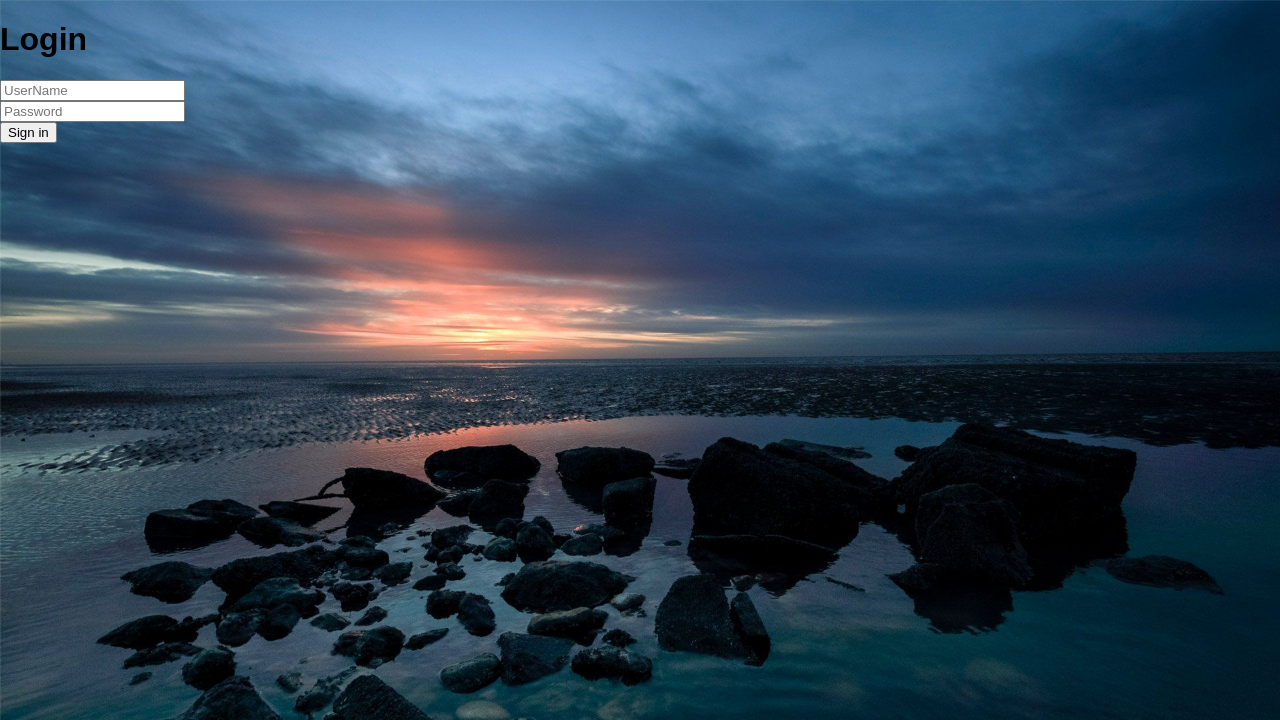
Repository: Berilinanir/Login-Logout-System
Page: Loginn/WebContent/login.html
These files come from the project's save history. The page is drawn as it stood at one moment and after the next save; the edit follows.
The browser window is 1280 px wide. The pictures show the whole page.

Above is the page before, as saved 2018-10-13 10:57:05.

### Loginn/WebContent/login.html
<!DOCTYPE html>
<html>
<head>
<meta charset="UTF-8">

<title>Login Form</title>

<link rel="stylesheet" href="style2.css">

</head>
<body>

 <form method="post" action="Login">


 <div class="login-box">

 <h1>Login</h1>

 <div class="textbox">

  <input type="text" placeholder="UserName"  name="" value="">

 </div>

 <div class="textbox">

  <input type="password" placeholder="Password"  name="" value="">

 </div>

 <input class="btn" type="button"  name="" value="Sign in">

 </form>
</body>
</html>

### Loginn/WebContent/style2.css
@charset "UTF-8";

body{

	margin:0;
	padding:0;
	font-family:sans-serif;
	background:url("resim4.jpg") no-repeat;
	background-size:cover;

}

After the next save:
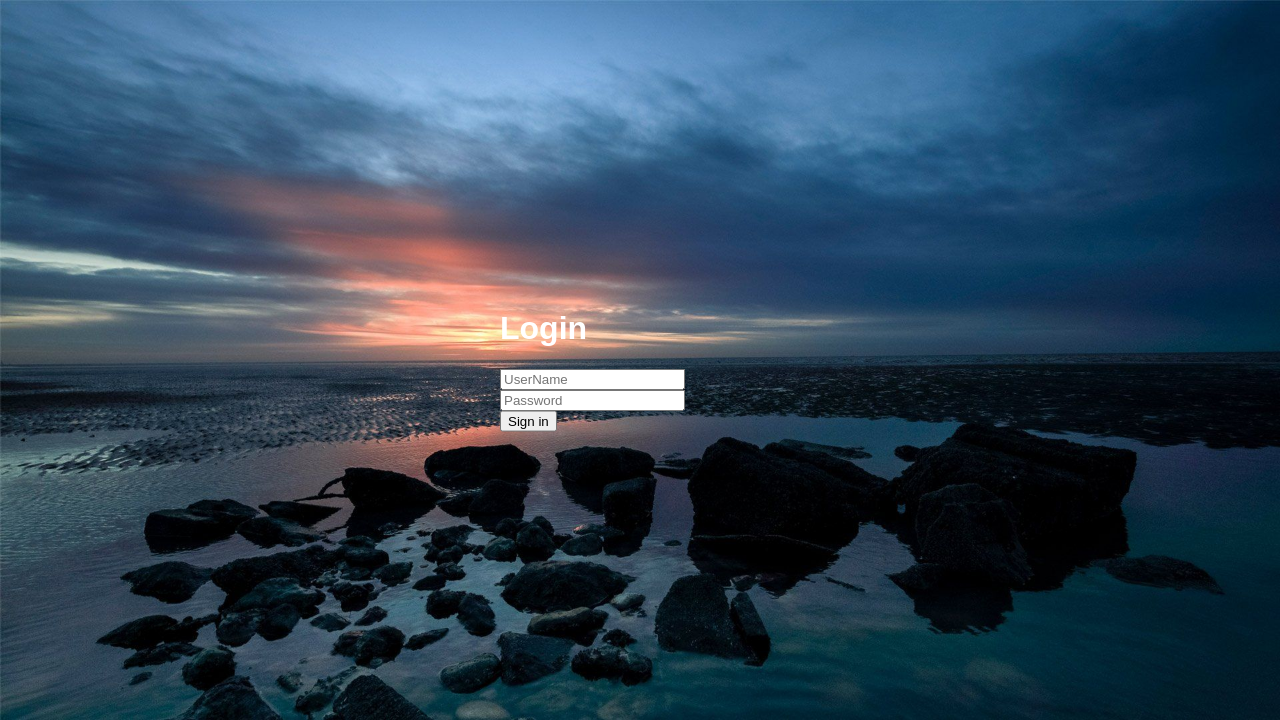
Saved 2 min 41 s later.
--- a/Loginn/WebContent/style2.css
+++ b/Loginn/WebContent/style2.css
@@ -9,3 +9,14 @@ body{
 	background-size:cover;
 
 }
+
+.login-box{
+
+	  width:280px;
+	  position:absolute;
+	  top:50%;
+	  left:50%;
+	  transform:translate(-50%,-50%);
+	  color:white;
+
+}
